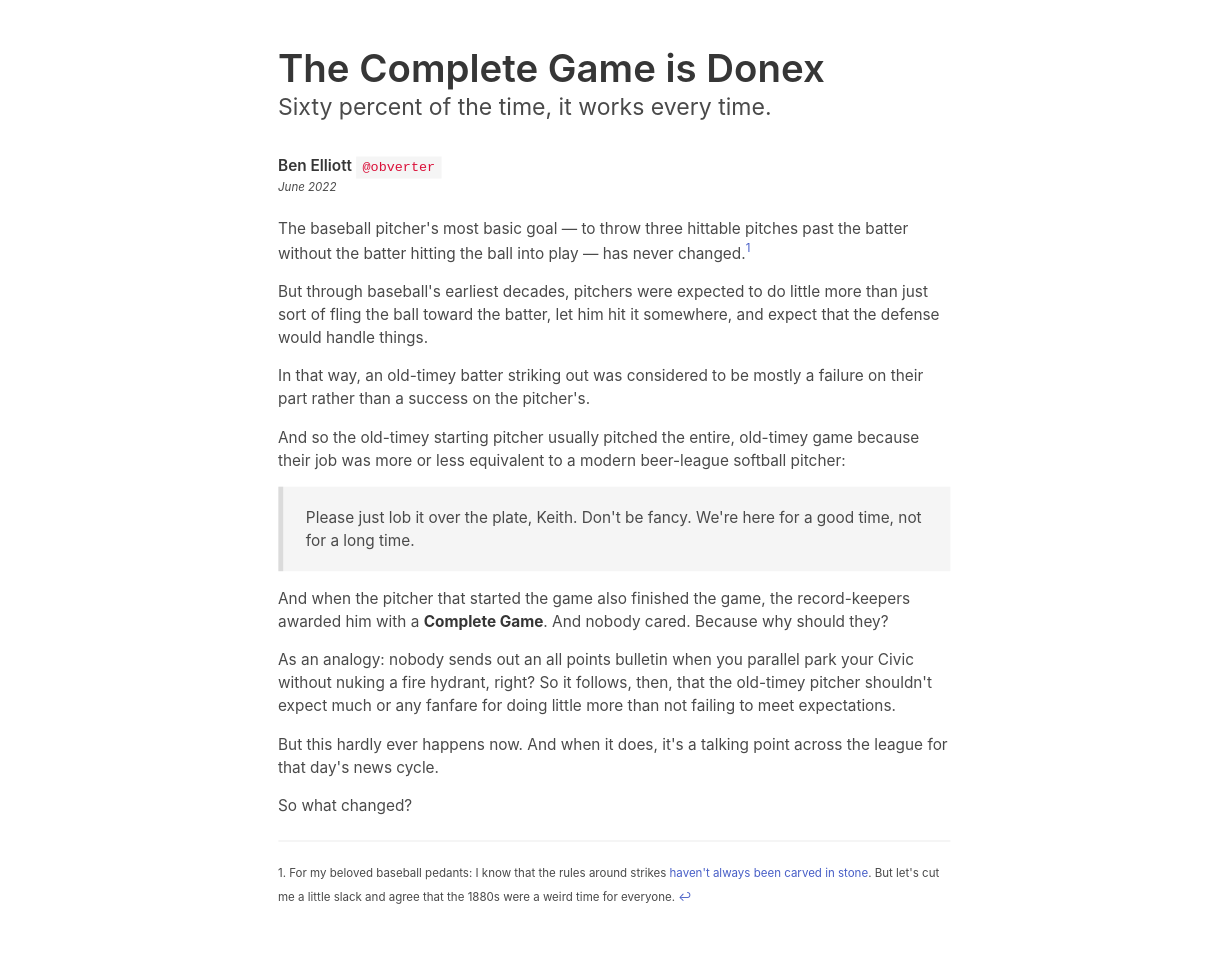
Repository: obverter/complete-games-are-done
Page: index.html
The author's editor kept a copy of each file at every save. The page is drawn from the files as they stood at one save, then again after the next save.
The browser window is 1280 px wide. The pictures show the whole page, at 96% of full size.

Above is the page before, as saved 2022-06-24 16:52:57.

### index.html
<!DOCTYPE html>
<html>
    <head>
        <meta charset="utf-8" />
        <meta name="viewport" content="width=device-width, initial-scale=1" />
        <title>Story!</title>
        <!-- todo: Title above is the text in the browser tab. -->
        <link
            rel="stylesheet"
            href="https://cdn.jsdelivr.net/npm/bulma@0.9.4/css/bulma.min.css"
        />
    </head>
    <body>
        <section class="section">
            <div class="content is-0">
                <div class="columns">
                    <div class="column is-one-fifth"></div>
                    <div class="column is-three-fifths">
                        <h1 class="title is-2">The Complete Game is Donex</h1>
                        <!-- todo: Title above is the Content title. -->
                        <p class="subtitle is-4">
                            Sixty percent of the time, it works every time.
                            <!-- todo: Subtitle above is the Content subtitle. -->
                        </p>
                    </div>
                    <!-- <div class="column is-one-fifth"></div> -->
                </div>
            </div>
            <div class="columns">
                <div class="column is-one-fifth"></div>
                <div class="column is-three-fifths">
                    <h6 class="title is-6">
                        Ben Elliott <code>@obverter</code>
                    </h6>
                    <h6 class="subtitle is-7"><em>June 2022</em></h6>
                    <div class="content">
                        <p>
                            The baseball pitcher's most basic goal — to throw three
                            hittable pitches past the batter without the batter
                            hitting the ball into play — has never changed.<sup><a href="#fn1" id="ref1">1</a></sup>
                        </p>
                        <p>
                            But through baseball's earliest decades, pitchers were expected to do little more than
                            just sort of fling the ball toward the batter, let
                            him hit it somewhere, and expect that the defense
                            would handle things.
                        </p>
                        <p>
                            In that way, an old-timey batter striking out was
                            considered to be mostly a failure on their part
                            rather than a success on the pitcher's.
                        </p>
                        <p>
                            And so the old-timey starting pitcher usually
                            pitched the entire, old-timey game because their job was more or less equivalent to a modern beer-league softball pitcher:
                        </p>
                            <blockquote>Please just lob it over the plate, Keith. Don't be fancy. We're here for a good time, not for a long time.</blockquote>
                        <p>
                            And when the pitcher that started the game also
                            finished the game, the record-keepers awarded him
                            with a <strong>Complete Game</strong>. And nobody
                            cared. Because why should they?
                        </p>
                        <p>
                            As an analogy: nobody sends out an all points
                            bulletin when you parallel park your Civic without
                            nuking a fire hydrant, right? So it follows, then,
                            that the old-timey pitcher shouldn't expect much or
                            any fanfare for doing little more than not failing
                            to meet expectations.
                        </p>
                        <p>
                            But this hardly ever happens now. And when it does,
                            it&#39;s a talking point across the league for that
                            day&#39;s news cycle.
                        </p>
                        <p>So what changed?</p>

                        <hr></hr>

<sup id="fn1">1. For my beloved baseball pedants: I know that the rules around strikes <a href="https://www.baseball-almanac.com/articles/strike_zone_rules_history.shtml">haven't always been carved in stone</a>. But let's cut me a little slack and agree that the 1880s were a weird time for everyone. <a href="#ref1" title="Jump back to footnote 1 in the text.">↩</a></sup>
                    </div>
                </div>
                <div class="column is one-fifth"></div>
            </div>
        </section>
    </body>
</html>

After the next save:
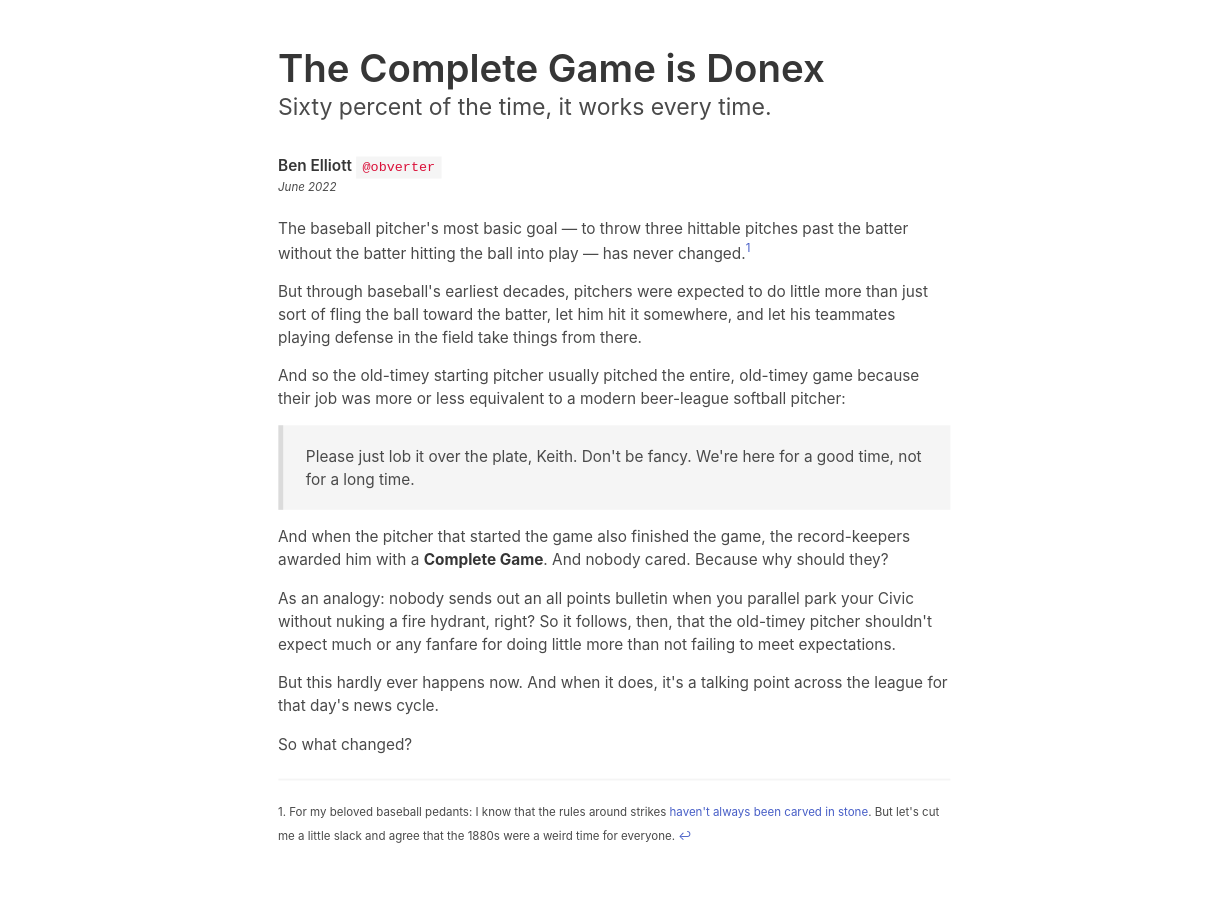
Saved 76 s later.
--- a/index.html
+++ b/index.html
@@ -42,13 +42,7 @@
                         <p>
                             But through baseball's earliest decades, pitchers were expected to do little more than
                             just sort of fling the ball toward the batter, let
-                            him hit it somewhere, and expect that the defense
-                            would handle things.
-                        </p>
-                        <p>
-                            In that way, an old-timey batter striking out was
-                            considered to be mostly a failure on their part
-                            rather than a success on the pitcher's.
+                            him hit it somewhere, and let his teammates playing defense in the field take things from there.
                         </p>
                         <p>
                             And so the old-timey starting pitcher usually
